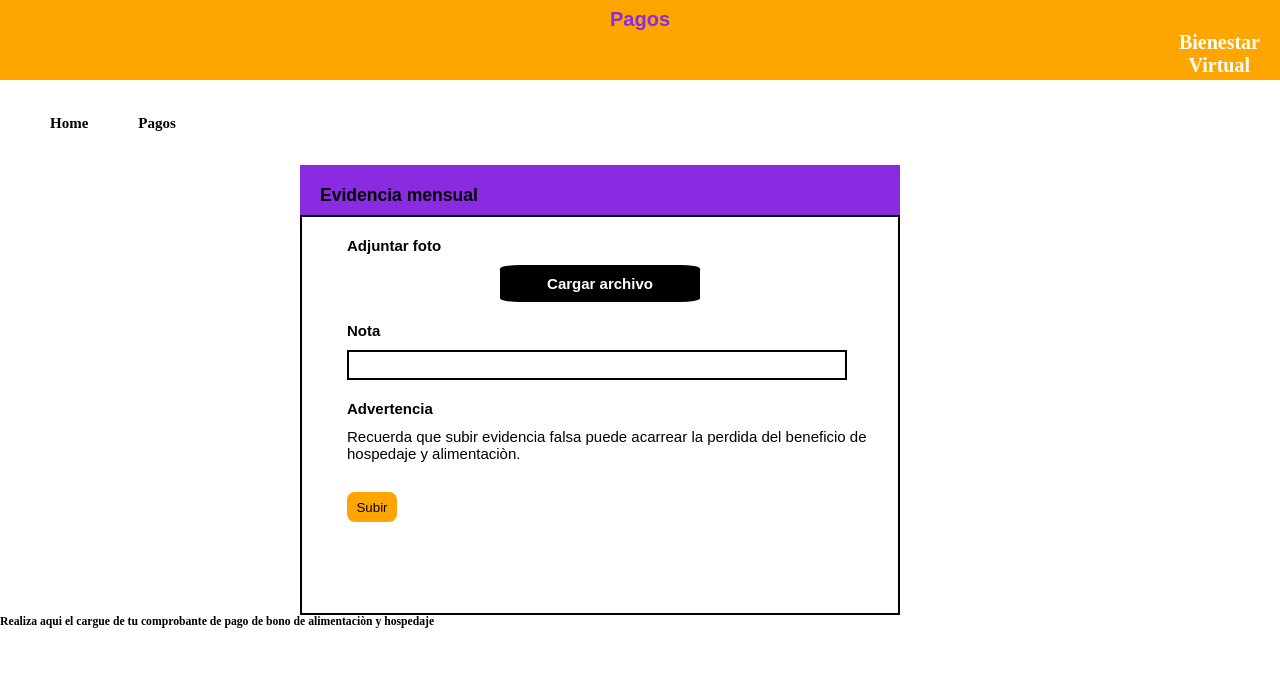
Repository: Diani123/Mis-actividades
Page: softwarebienestarinstitucional/pagos.html
The author's editor kept a copy of each file at every save. The page is drawn from the files as they stood at one save, then again after the next save.
The browser window is 1280 px wide. The pictures show the whole page.

Above is the page before, as saved 2023-02-12 20:27:33.

After the next save:
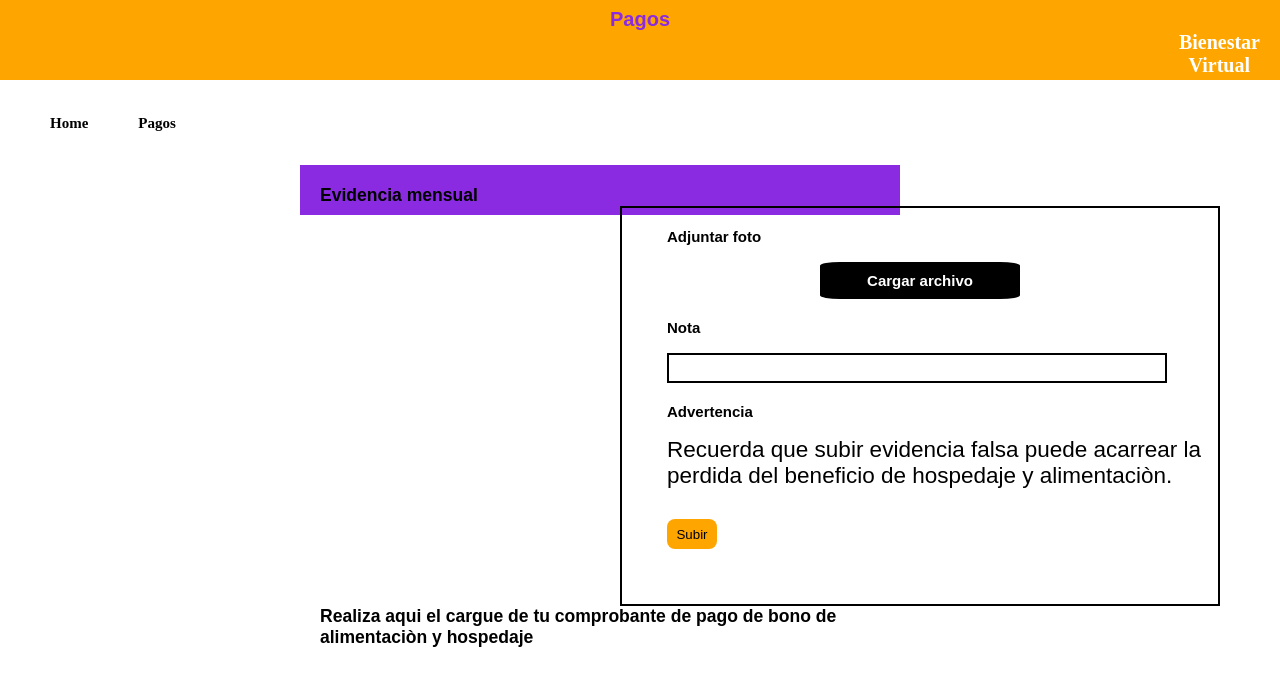
Saved 47 s later.
--- a/softwarebienestarinstitucional/pagos.html
+++ b/softwarebienestarinstitucional/pagos.html
@@ -22,7 +22,7 @@
     <div class="ContainerT">
       <div class="ContainerTitle">
         <h3 class="title4">Evidencia mensual</h3>
-      </div>
+
       <div class="Container-dowload">
         <form
           action="../../form-result.php"

After the 2 saves that followed:
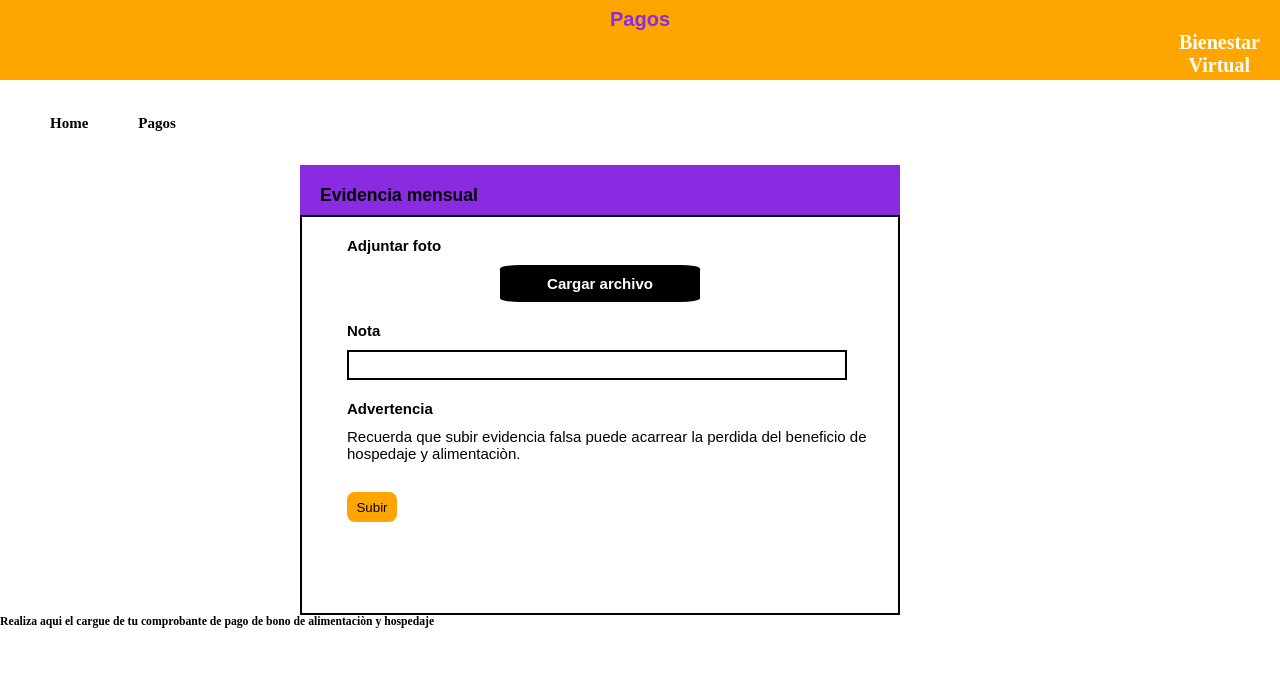
The 2 saves are shown as one change because 1 left the picture as it was.
The last was saved 44 s later.
--- a/softwarebienestarinstitucional/pagos.html
+++ b/softwarebienestarinstitucional/pagos.html
@@ -22,7 +22,7 @@
     <div class="ContainerT">
       <div class="ContainerTitle">
         <h3 class="title4">Evidencia mensual</h3>
-
+      </div>
       <div class="Container-dowload">
         <form
           action="../../form-result.php"
